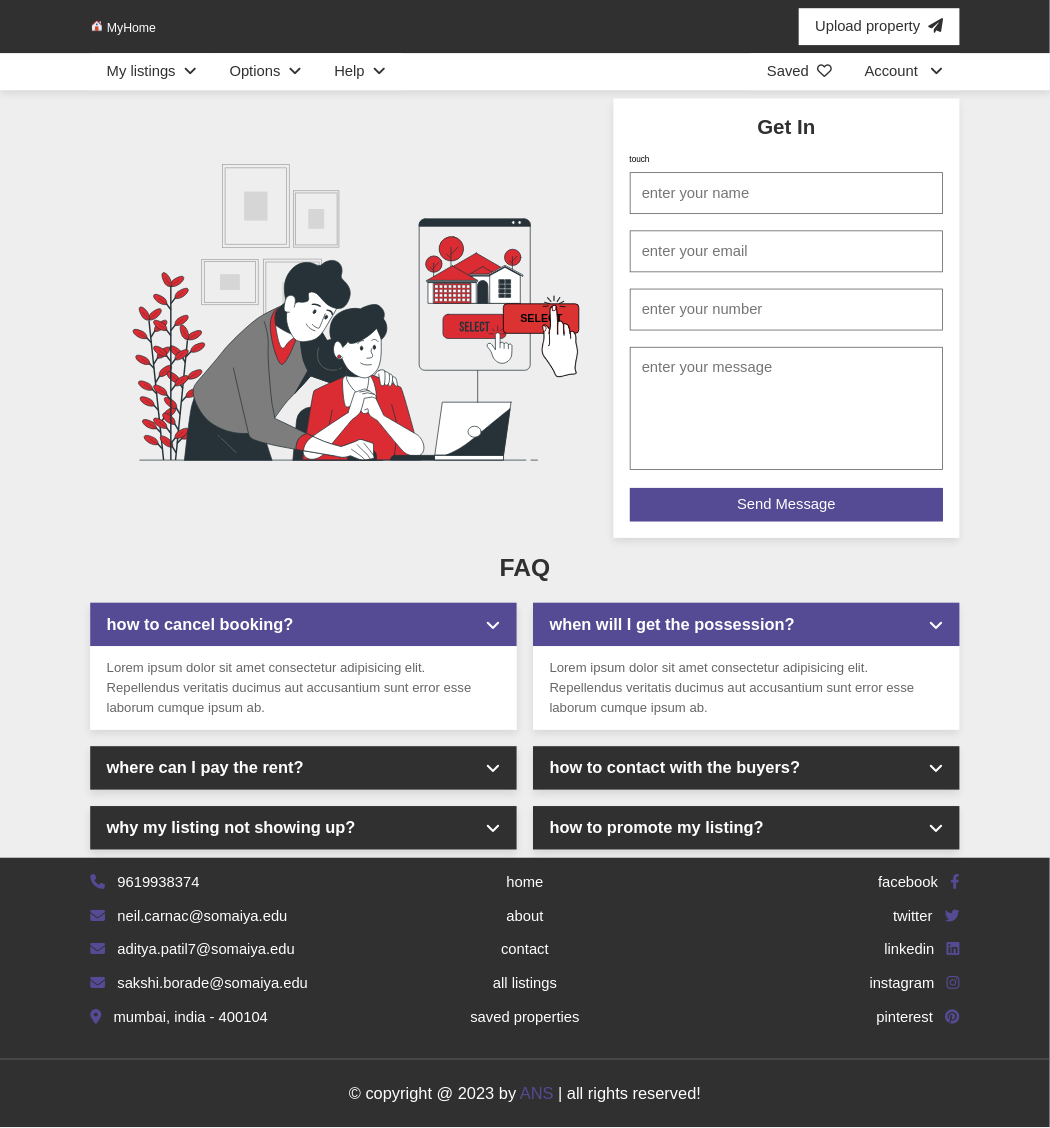
Repository: adi-tya999/wpl-project-realestatewebsite-main
Page: http://localhost/project/contact.php
The author's editor kept a copy of each file at every save. The page is drawn from the files as they stood at one save, then again after a run of saves.
The browser window is 1280 px wide. The pictures show the whole page, at 82% of full size.
The page is run by PHP 8.4 with error messages shown; the project is at /var/www/html/.

Above is the page before, as saved 2023-05-01 17:17:08.

After the next 2 saves:
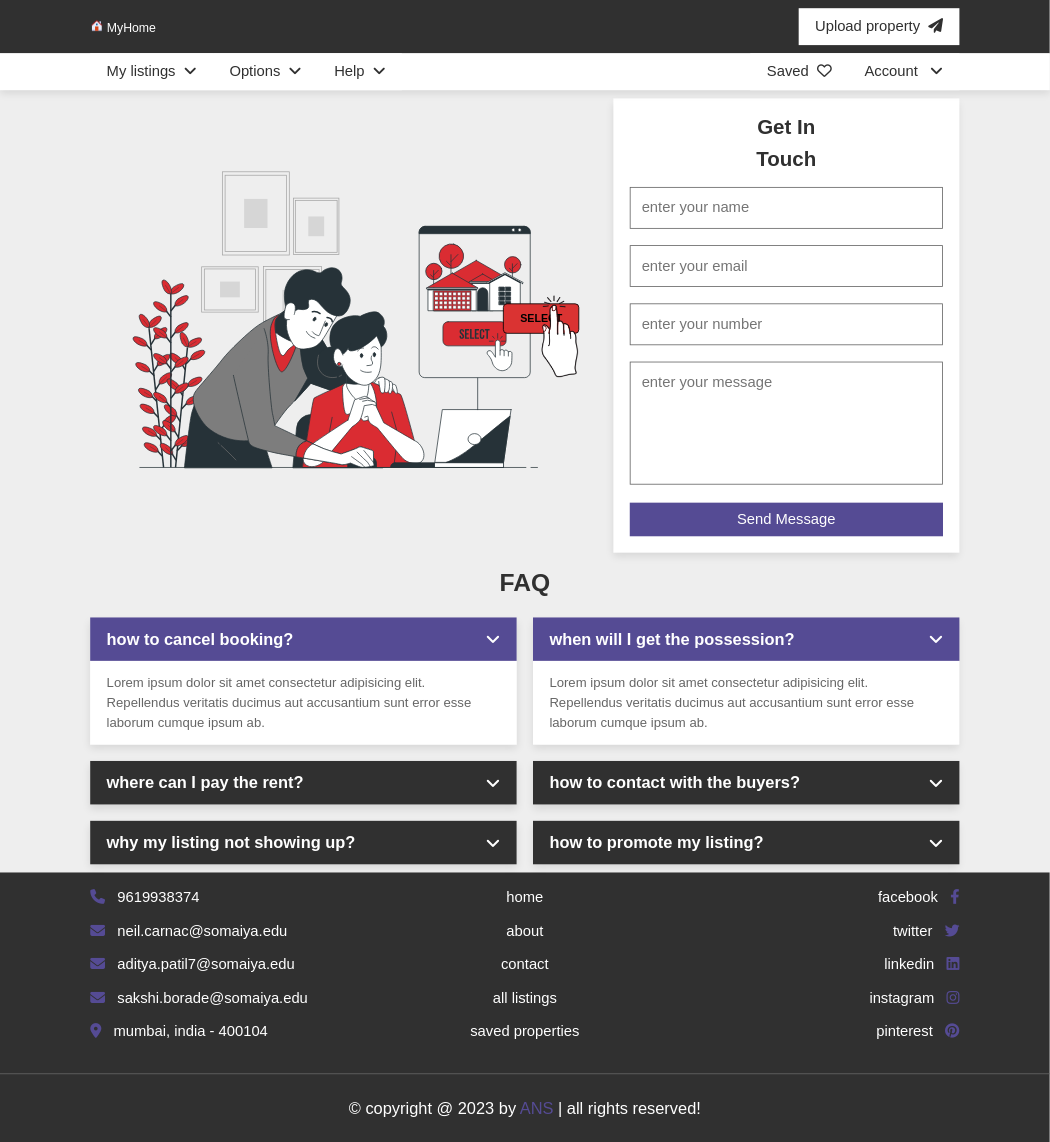
The 2 saves are shown as one change because they came seconds apart.
The last was saved 6 s later.
--- a/project/contact.php
+++ b/project/contact.php
@@ -121,7 +121,7 @@ if(isset($_POST['send'])){
          <img src="images/contact-img.svg" alt="">
       </div>
       <form action="" method="post">
-         <h3 class="touch">get in <h3></h3>touch</h3>
+         <h3 class="touch">get in <h3>touch</h3></h3>
          <input type="text" name="name" required maxlength="50" placeholder="enter your name" class="box">
          <input type="email" name="email" required maxlength="50" placeholder="enter your email" class="box">
          <input type="number" name="number" required maxlength="10" max="9999999999" min="0" placeholder="enter your number" class="box">
